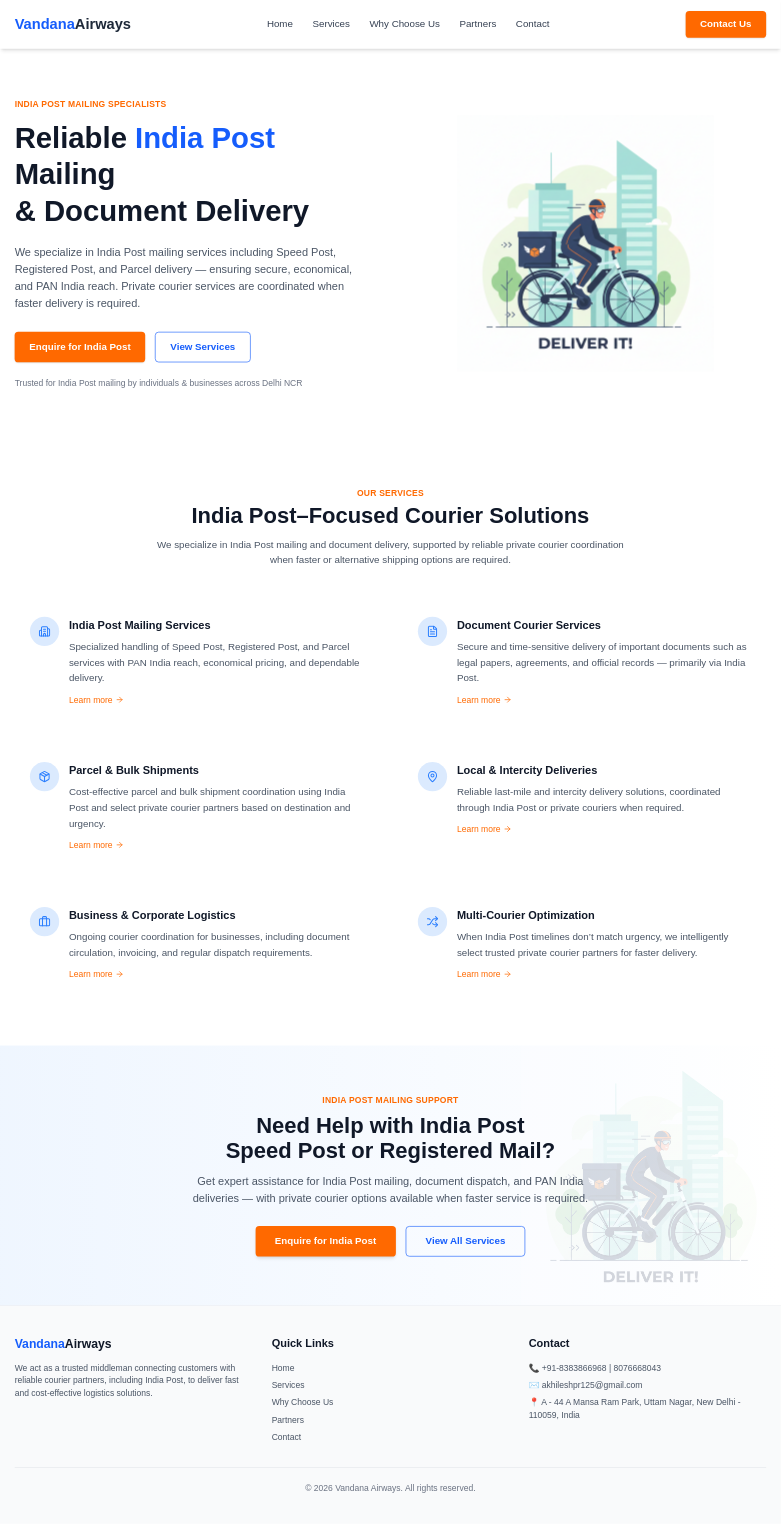
Repository: Rohit-foryou/Courier-Portfolio
Page: /
The author's editor kept a copy of each file at every save. The page is drawn from the files as they stood at one save, then again after the next save.
The browser window is 1280 px wide. The pictures show the whole page, at 61% of full size.
The project was rebuilt for these pictures with package versions that can differ from the ones it lists, and the page was loaded fresh each time. The framework's server and built-in components were replaced by stand-ins that run in the browser. Also part of the build but not shown: next.config.ts.

Above is the page before, as saved 2026-02-11 01:08:22.

After the next save:
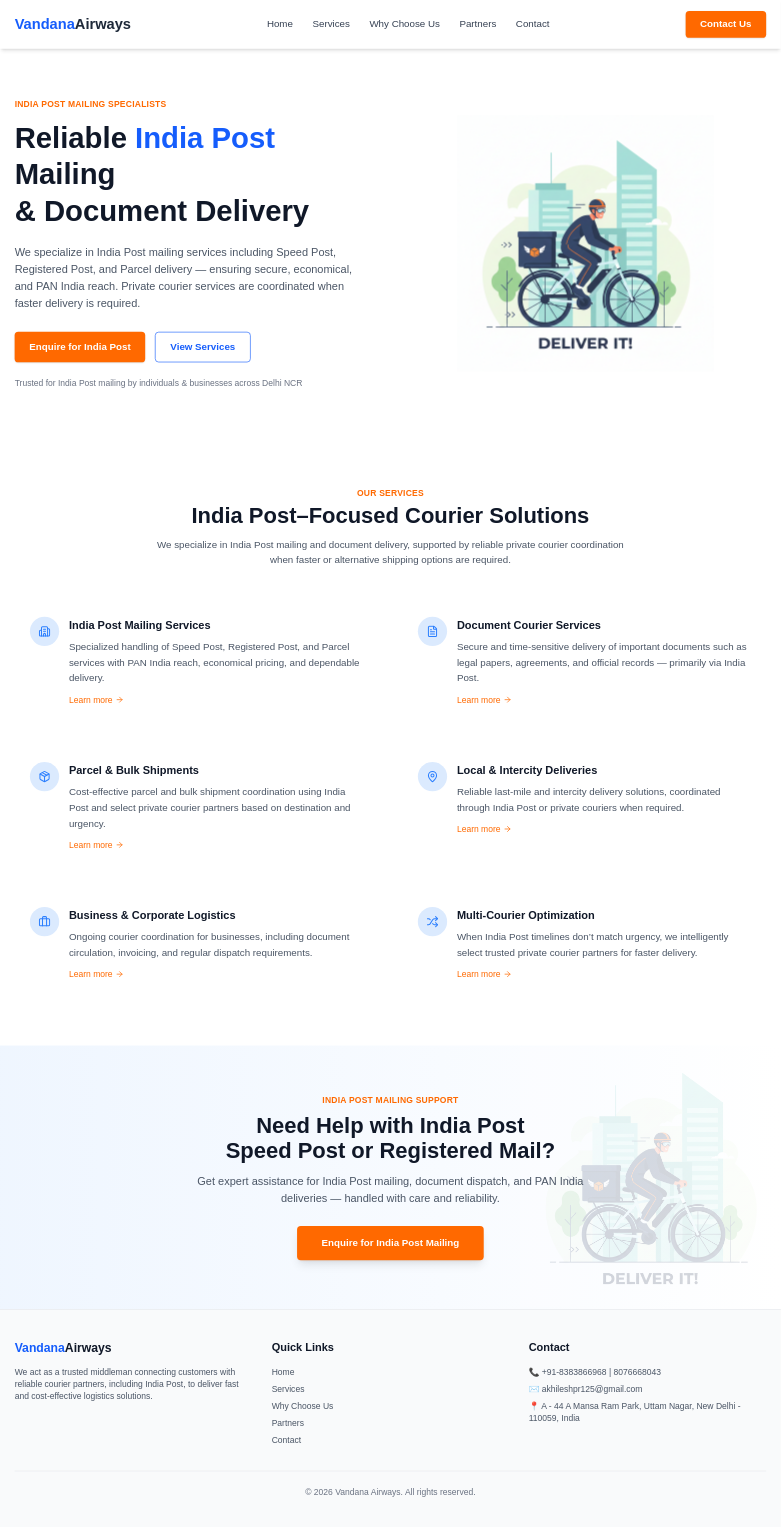
Saved 75 s later.
--- a/components/CTASection.tsx
+++ b/components/CTASection.tsx
@@ -5,7 +5,7 @@
   return (
     <section className="relative overflow-hidden bg-gradient-to-r from-blue-50 to-white py-20">
 
-      {/* Background Illustration (subtle) */}
+      {/* Background Illustration */}
       <div className="absolute right-0 top-0 h-full w-1/3 opacity-20 hidden md:block pointer-events-none">
         <Image
           src="/images/courier-illustration.png"
@@ -28,32 +28,23 @@
 
         <p className="mt-4 text-gray-600 text-lg max-w-2xl mx-auto">
           Get expert assistance for India Post mailing, document dispatch,
-          and PAN India deliveries — with private courier options available
-          when faster service is required.
+          and PAN India deliveries — handled with care and reliability.
         </p>
 
-        <div className="mt-8 flex justify-center gap-4 flex-wrap">
-          <Link
-            href="/contact"
-            className="
-              bg-orange-500 text-white px-8 py-3 rounded-md font-semibold
-              hover:bg-orange-600 hover:scale-[1.03]
-              transition-all shadow-md
-            "
-          >
-            Enquire for India Post
-          </Link>
-
-          <Link
-            href="/services"
-            className="
-              border border-blue-600 text-blue-600 px-8 py-3 rounded-md font-semibold
-              hover:bg-blue-50 transition
-            "
-          >
-            View All Services
-          </Link>
-        </div>
+        {/* SINGLE CTA */}
+        <Link
+          href="/contact"
+          className="
+            inline-block mt-8
+            bg-orange-500 text-white
+            px-10 py-4 rounded-md
+            text-base font-semibold
+            hover:bg-orange-600 hover:scale-[1.04]
+            transition-all shadow-lg
+          "
+        >
+          Enquire for India Post Mailing
+        </Link>
       </div>
     </section>
   );
